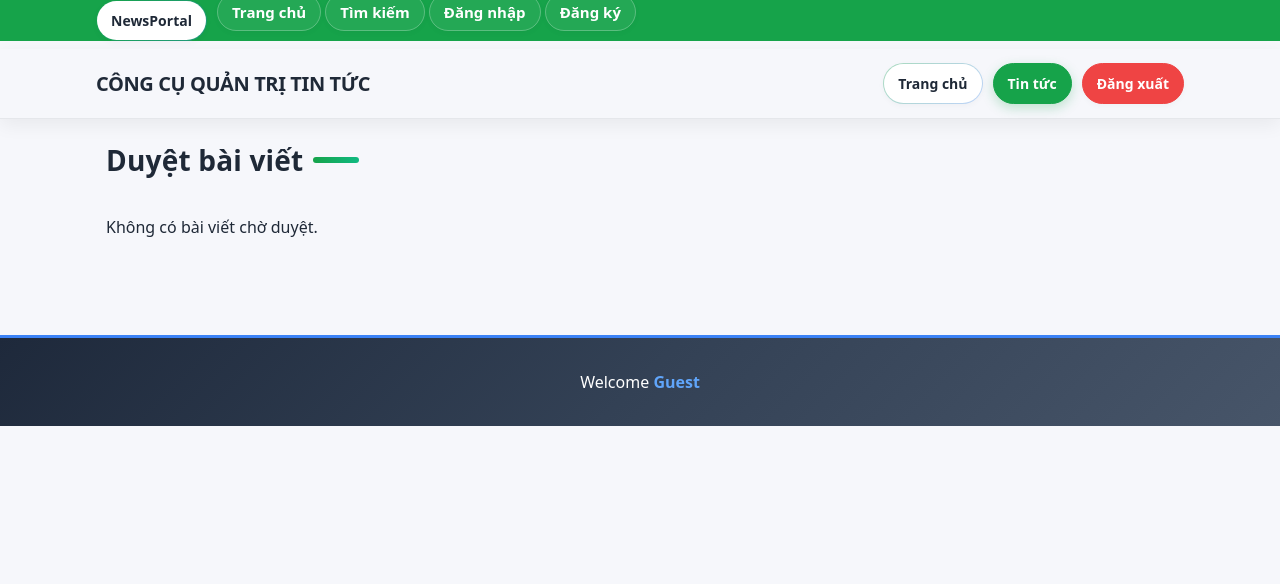
Repository: minhtvpy00202-git/Assignment_PY00202_MinhTV
Page: http://localhost/NewsPortal_PY00202/WEB-INF/views/admin/news-approve.jsp
An editor plug-in stored every save of this project. The page is shown before and after a run of saves, followed by the edit.
The browser window is 1280 px wide. The pictures show the whole page.
The page is served by Tomcat 10. Nobody is signed in. Other server files are loaded and not shown. The template is opened directly, without the code that normally fills it, so the values that code supplies are empty.

Above is the page before, as saved 2025-10-09 17:43:27.

### Assignment_NewsPortal/NewsPortal_PY00202/src/main/webapp/WEB-INF/views/admin/news-approve.jsp
<%@ page contentType="text/html; charset=UTF-8" pageEncoding="UTF-8"%>
<%@ include file="../layout/header.jsp" %>
<%@ include file="../layout/admin-header.jsp" %>
<%@ taglib uri="jakarta.tags.functions" prefix="fn" %>
<link rel="stylesheet" href="${pageContext.request.contextPath}/assets/css/admin-users.css">


<main class="container admin-main">
<h2>Duyệt bài viết</h2>

<c:if test="${empty pendingList}">
    <p>Không có bài viết chờ duyệt.</p>
</c:if>

<c:forEach var="n" items="${pendingList}">
    <div class="card article">
        <h3>${n.title}</h3>
        <small>Đăng bởi: ${n.author} - ${n.postedDate}</small>
        <p>${fn:substring(n.content,0,150)}...</p>

        <form method="post" action="${pageContext.request.contextPath}/admin/news-approve" class="actions">
            <input type="hidden" name="id" value="${n.id}">
            <button class="btn" name="action" value="approve">Duyệt</button>
            <button class="btn ghost" name="action" value="home-on">Trang chủ</button>
            <button class="btn danger" name="action" value="reject" onclick="return confirm('Xoá bài này?')">Xoá</button>
        </form>
    </div>
</c:forEach>
</main>
<%@ include file="../layout/footer.jsp" %>

### Assignment_NewsPortal/NewsPortal_PY00202/src/main/webapp/WEB-INF/views/layout/header.jsp
<%@ page contentType="text/html; charset=UTF-8" pageEncoding="UTF-8"%>
<%@ taglib prefix="c" uri="jakarta.tags.core"%>
<!DOCTYPE html>
<html lang="vi">
<head>
<meta charset="UTF-8">
<title><c:out
		value="${pageTitle != null ? pageTitle : 'NewsPortal'}" /></title>
<link rel="stylesheet"
	href="${pageContext.request.contextPath}/assets/css/style.css">
<link rel="stylesheet" href="${pageContext.request.contextPath}/assets/css/admin-users.css">

</head>
<body>
	<header>
		<div class="container nav">
			<a class="brand" href="${pageContext.request.contextPath}/home">
				<span class="dot"></span> <span>NewsPortal</span>
			</a>
			<nav class="menu">
				<a href="${pageContext.request.contextPath}/home">Trang chủ</a>
				<c:forEach var="cata" items="${categories}">
					<a href="${pageContext.request.contextPath}/category?id=${cata.id}">
						${cata.name} </a>
				</c:forEach>
				<a href="${pageContext.request.contextPath}/search">Tìm kiếm</a>
				<c:choose>
					<c:when test="${not empty sessionScope.user}">
						<c:if test="${sessionScope.user.role}">
							<a href="${pageContext.request.contextPath}/admin/dashboard">Quản
								trị</a>
						</c:if>
						<c:if test="${!sessionScope.user.role}">
							<a href="${pageContext.request.contextPath}/reporter/dashboard">Bảng
								điều khiển</a>
						</c:if>
						<a href="${pageContext.request.contextPath}/auth/logout">Đăng xuất</a>
					</c:when>
					<c:otherwise>
						<a href="${pageContext.request.contextPath}/auth/login">Đăng nhập</a>
						<a href="${pageContext.request.contextPath}/auth/register">Đăng ký</a>
					</c:otherwise>
				</c:choose>
			</nav>
		</div>
	</header>

### Assignment_NewsPortal/NewsPortal_PY00202/src/main/webapp/WEB-INF/views/layout/admin-header.jsp
<%@ page contentType="text/html; charset=UTF-8" pageEncoding="UTF-8"%>
<%@ taglib prefix="c" uri="jakarta.tags.core" %>
<%@ taglib prefix="fn" uri="jakarta.tags.functions" %>
<c:set var="ctx" value="${pageContext.request.contextPath}"/>
<c:set var="uri" value="${pageContext.request.requestURI}"/>

<header class="admin-header">
  <div class="container">
    <h1 class="logo">
      <a href="${ctx}/admin/dashboard" style="text-decoration:none;color:inherit;">
        CÔNG CỤ QUẢN TRỊ TIN TỨC
      </a>
    </h1>

    <nav class="nav">
      <a href="${ctx}/admin/dashboard"
         class="${fn:contains(uri, '/admin/dashboard') ? 'active' : ''}"
         aria-current="${fn:contains(uri, '/admin/dashboard') ? 'page' : ''}">
        Trang chủ
      </a>

      <!-- Tin tức: luôn có -->
      <a href="${ctx}/admin/news"
         class="${fn:contains(uri, '/admin/news') ? 'active' : ''}"
         aria-current="${fn:contains(uri, '/admin/news') ? 'page' : ''}">
        Tin tức
      </a>

      <!-- CHỈ ADMIN (role = true/1) -->
      <c:if test="${sessionScope.authUser != null && sessionScope.authUser.role}">
        <a href="${ctx}/admin/categories"
           class="${fn:contains(uri, '/admin/categories') ? 'active' : ''}"
           aria-current="${fn:contains(uri, '/admin/categories') ? 'page' : ''}">
          Loại tin
        </a>
        <a href="${ctx}/admin/users"
           class="${fn:contains(uri, '/admin/users') ? 'active' : ''}"
           aria-current="${fn:contains(uri, '/admin/users') ? 'page' : ''}">
          Người dùng
        </a>
        <a href="${ctx}/admin/newsletter"
           class="${fn:contains(uri, '/admin/newsletter') ? 'active' : ''}"
           aria-current="${fn:contains(uri, '/admin/newsletter') ? 'page' : ''}">
          Newsletter
        </a>
      </c:if>

      <a href="${ctx}/auth/logout" class="logout">Đăng xuất</a>
    </nav>
  </div>
</header>

### Assignment_NewsPortal/NewsPortal_PY00202/src/main/webapp/WEB-INF/views/layout/footer.jsp
<%@ page contentType="text/html; charset=UTF-8" pageEncoding="UTF-8"%>
<footer class="admin-footer">
  <div class="container">
    Welcome
    <strong>
      <c:out value="${sessionScope.authUser != null ? sessionScope.authUser.fullname : 'Guest'}"/>
    </strong>
  </div>
</footer>

### Assignment_NewsPortal/NewsPortal_PY00202/src/main/webapp/assets/css/admin-users.css
@charset "UTF-8";

/* ====== Admin Users — Clean CSS ====== */
/* Màu chủ đạo xanh lá*/
:root{
  --bg: #f7f9fb;
  --card: #ffffff;
  --text: #1f2937;
  --muted: #6b7280;
  --primary: #16a34a;
  --primary-600:#15803d;
  --accent: #10b981;
  --danger: #ef4444;
  --danger-600:#dc2626;
  --ring: rgba(16,185,129,.25);
  --border: #e5e7eb;
  --shadow: 0 8px 24px rgba(0,0,0,.06);
}

@media (prefers-color-scheme: dark){
  :root{
    --bg: #0b1220;
    --card: #0f172a;
    --text: #e5e7eb;
    --muted: #94a3b8;
    --primary: #22c55e;
    --primary-600:#16a34a;
    --accent: #34d399;
    --danger: #f87171;
    --danger-600:#ef4444;
    --ring: rgba(52,211,153,.25);
    --border: #1f2a44;
    --shadow: 0 10px 24px rgba(0,0,0,.35);
  }
}

/* Tổng thể */
html,body{
  background: var(--bg);
  color: var(--text);
  font-family: system-ui, -apple-system, Segoe UI, Roboto, Helvetica, Arial, "Apple Color Emoji", "Segoe UI Emoji", "Segoe UI Symbol";
  line-height: 1.5;
}

/* Tiêu đề */
h2{
  font-size: clamp(20px, 2.4vw, 28px);
  font-weight: 800;
  letter-spacing: -0.02em;
  margin: 16px 0 20px;
  display: inline-flex;
  align-items: center;
  gap: 10px;
}
h2::after{
  content:"";
  display:inline-block;
  width: 46px;
  height: 6px;
  border-radius: 999px;
  background: linear-gradient(90deg, var(--primary), var(--accent));
}

/* Hàng người dùng */
.user-row.card{
  display: grid;
  grid-template-columns: 1fr auto;
  align-items: center;
  gap: 16px;
  padding: 16px 18px;
  border: 1px solid var(--border);
  border-radius: 16px;
  background: var(--card);
  box-shadow: var(--shadow);
  transition: transform .18s ease, box-shadow .18s ease, border-color .18s ease;
  will-change: transform;
  margin-bottom: 12px;
}
.user-row.card:hover{
  transform: translateY(-2px);
  box-shadow: 0 14px 36px rgba(0,0,0,.10);
  border-color: rgba(16,185,129,.35);
}

/* Khối thông tin người dùng (bên trái) */
.user-row > div{
  display: flex;
  flex-wrap: wrap;
  align-items: center;
  gap: 8px 12px;
  min-width: 0;
}
.user-row strong{
  font-weight: 700;
}
.user-row strong + span,
.user-row strong + .badge,
.user-row strong + .badge + .badge{
  margin-left: 6px;
}
.user-row .muted{ color: var(--muted); }

.badge{
  display: inline-flex;
  align-items: center;
  gap: 6px;
  padding: 4px 10px;
  border-radius: 999px;
  font-size: 12px;
  font-weight: 700;
  letter-spacing: .2px;
  background: rgba(16,185,129,.08);
  color: var(--primary);
  border: 1px solid rgba(16,185,129,.20);
}
.badge.active{
  background: rgba(34,197,94,.10);
  color: #16a34a;
  border-color: rgba(34,197,94,.22);
}
.badge.inactive{
  background: rgba(148,163,184,.12);
  color: #64748b;
  border-color: rgba(148,163,184,.28);
}

.actions{
  display: flex;
  flex-wrap: wrap;
  align-items: center;
  gap: 8px;
  justify-content: flex-end;
  margin: 0;
}

/* Button base */
.btn{
  --btn-bg: var(--primary);
  --btn-bg-h: var(--primary-600);
  --btn-fg: #fff;
  --btn-bd: transparent;

  appearance: none;
  border: 1px solid var(--btn-bd);
  background: var(--btn-bg);
  color: var(--btn-fg);
  padding: 10px 14px;
  border-radius: 12px;
  font-weight: 700;
  font-size: 14px;
  letter-spacing: .2px;
  cursor: pointer;
  transition: transform .12s ease, filter .12s ease, background .12s ease, border-color .12s ease;
  outline: none;
}

/* Ghost (nền trong suốt, viền) */
.btn.ghost{
  --btn-bg: transparent;
  --btn-fg: var(--text);
  --btn-bd: var(--border);
  background: linear-gradient(var(--card), var(--card)) padding-box,
              linear-gradient(135deg, rgba(16,185,129,.45), rgba(59,130,246,.35)) border-box;
  border: 1px solid transparent;
}
.btn.ghost:hover{
  filter: brightness(1.02);
}

/* Danger */
.btn.danger{
  --btn-bg: var(--danger);
  --btn-bg-h: var(--danger-600);
}
.btn:hover{
  transform: translateY(-1px);
  filter: brightness(1.03);
  background: var(--btn-bg-h);
}
.btn:active{
  transform: translateY(0);
  filter: none;
}

.btn[disabled], .btn:disabled{
  opacity: .55;
  cursor: not-allowed;
  transform: none;
  filter: none;
}


.btn:focus-visible, .badge:focus-visible, .user-row.card:focus-within{
  box-shadow: 0 0 0 3px var(--ring);
}


.actions input[type="hidden"]{ display:none; }


.user-row.card:last-of-type{ margin-bottom: 24px; }

/* Responsive */
@media (max-width: 900px){
  .user-row.card{
    grid-template-columns: 1fr;
    gap: 12px;
  }
  .actions{
    justify-content: flex-start;
  }
}
@media (max-width: 520px){
  .btn{ padding: 9px 12px; font-size: 13px; }
  .badge{ font-size: 11px; padding: 3px 8px; }
  .user-row > div{ gap: 6px 10px; }
}


main, .container, .content{

  max-width: 1100px;
  margin-inline: auto;
  padding-inline: 16px;
}

/* Thanh điều hướng phụ trong admin */
.subnav {
  display: flex;
  flex-wrap: wrap;
  gap: 12px 20px;
  background: #f8fafc;
  border: 1px solid #e2e8f0;
  border-radius: 12px;
  padding: 12px 20px;
  margin: 20px 0 28px;
  box-shadow: 0 4px 10px rgba(0,0,0,0.03);
}

.subnav a {
  text-decoration: none;
  color: #334155;
  font-weight: 600;
  padding: 6px 10px;
  border-radius: 8px;
  transition: all .2s ease;
}

.subnav a:hover {
  color: #16a34a;
  background-color: rgba(22,163,74,0.08);
}


.subnav a.active {
  color: #fff;
  background-color: #16a34a;
}


@media (max-width: 600px) {
  .subnav {
    flex-direction: column;
    align-items: flex-start;
    gap: 8px;
    padding: 14px;
  }
  .subnav a {
    width: 100%;
    padding: 8px 12px;
  }
}

/* Màu & token cơ bản */
:root {
  --bg: #f6f7fb;
  --card: #ffffff;
  --text: #1f2937;
  --muted: #6b7280;
  --primary: #16a34a;      /* xanh lá dịu */
  --primary-600: #15803d;
  --danger: #ef4444;
  --danger-600: #dc2626;
  --border: #e5e7eb;
  --shadow: 0 6px 18px rgba(0,0,0,.06);
  --radius: 14px;
  --focus: 0 0 0 3px rgba(22,163,74,.25);
}

/* Nền tổng thể */
body { background: var(--bg); color: var(--text); }

/* Container chính */
main.container {
  max-width: 1100px;
  margin: 28px auto 60px;
  padding: 0 18px;
}

/* Tiêu đề trang */
main.container > h2 {
  font-size: 28px;
  font-weight: 800;
  letter-spacing: .2px;
  margin: 0 0 18px;
}

/* ===== Form CRUD ===== */
.form {
  background: var(--card);
  border: 1px solid var(--border);
  border-radius: var(--radius);
  box-shadow: var(--shadow);
  padding: 18px;
  display: grid;
  grid-template-columns: 1fr 1fr;
  gap: 14px 18px;
  margin-bottom: 22px;
}

.form label {
  font-size: 13px;
  color: var(--muted);
  display: block;
  margin-bottom: 6px;
}

.form input[type="text"],
.form input[type="email"],
.form input[type="password"],
.form input[type="file"],
.form select,
.form textarea {
  width: 100%;
  font-size: 15px;
  color: var(--text);
  background: #fcfcfd;
  border: 1px solid var(--border);
  border-radius: 10px;
  padding: 10px 12px;
  outline: none;
  transition: box-shadow .15s ease, border-color .15s ease, background .15s ease;
}

.form textarea { min-height: 160px; grid-column: 1 / -1; }

.form input:focus,
.form select:focus,
.form textarea:focus {
  border-color: var(--primary);
  box-shadow: var(--focus);
  background: #fff;
}

/* Hàng nút hành động của form */
.form button,
.form .btn {
  align-self: start;
}

.form .btn + .btn { margin-left: 8px; }

/* Gộp nút “Hủy” ở bên phải nếu có */
.form a.btn { text-decoration: none; }

/* Trải dài toàn bộ form cho 1 số trường */
.form [name="title"],
.form [name="thumbnail"] { grid-column: 1 / -1; }

/* ===== Buttons ===== */
.btn {
  display: inline-flex;
  align-items: center;
  gap: 8px;
  height: 38px;
  padding: 0 14px;
  border-radius: 10px;
  border: 1px solid transparent;
  background: var(--primary);
  color: #fff;
  font-weight: 600;
  cursor: pointer;
  transition: transform .04s ease, background .15s ease, box-shadow .15s ease;
}

.btn:hover { background: var(--primary-600); }
.btn:active { transform: translateY(1px); }
.btn.ghost {
  background: transparent;
  color: var(--primary);
  border-color: var(--primary);
}
.btn.ghost:hover { background: rgba(22,163,74,.08); }

.btn.danger {
  background: var(--danger);
}
.btn.danger:hover { background: var(--danger-600); }

/* ===== Table list ===== */
.table {
  width: 100%;
  border-collapse: collapse;
  background: var(--card);
  border: 1px solid var(--border);
  border-radius: var(--radius);
  box-shadow: var(--shadow);
  overflow: hidden; /* bo tròn header */
}

.table thead th {
  text-align: left;
  font-size: 13px;
  color: var(--muted);
  font-weight: 700;
  letter-spacing: .2px;
  background: #fafafa;
  border-bottom: 1px solid var(--border);
  padding: 12px 14px;
}

.table tbody td {
  padding: 14px;
  border-top: 1px solid var(--border);
  vertical-align: top;
}

.table tbody tr:hover { background: #fcfcff; }

/* Cột hành động */
.table td.actions {
  white-space: nowrap;
}

.table td.actions a {
  margin-right: 8px;
  text-decoration: none;
  color: var(--primary-600);
  font-weight: 600;
}

.table td.actions form { display: inline-block; }
.table td.actions button {
  height: 32px;
  padding: 0 12px;
  font-size: 13px;
  border-radius: 8px;
}

/* ===== Small helpers ===== */
.alert {
  padding: 10px 12px;
  border-radius: 10px;
  border: 1px solid var(--border);
  background: #fffbe6;
  color: #7c6a00;
  margin-bottom: 16px;
}

/* ===== Responsive ===== */
@media (max-width: 820px) {
  .form { grid-template-columns: 1fr; }
  .table thead { display: none; }
  .table, .table tbody, .table tr, .table td { display: block; width: 100%; }
  .table tr { border-bottom: 1px solid var(--border); }
  .table td { border: none; padding: 10px 14px; }
  .table td.actions { padding-bottom: 16px; }
}

Loaded but not shown: Assignment_NewsPortal/NewsPortal_PY00202/src/main/webapp/assets/css/style.css (1671 lines, source omitted)

After the next 2 saves:
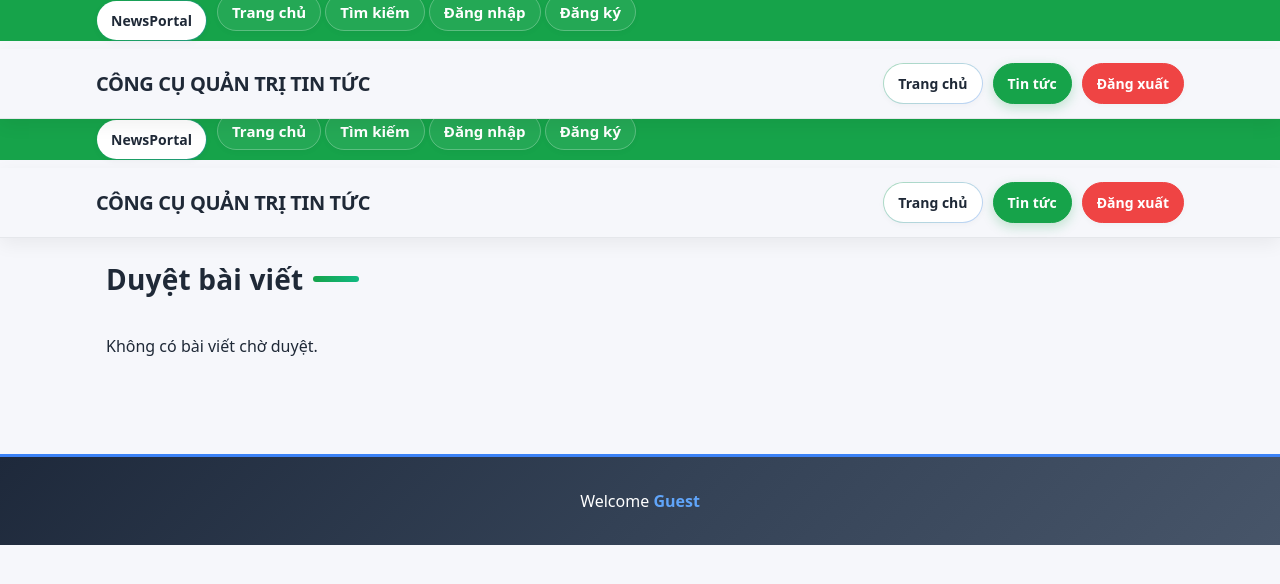
The 2 saves are shown as one change because they came seconds apart.
The last was saved 13 s later.
--- a/Assignment_NewsPortal/NewsPortal_PY00202/src/main/webapp/WEB-INF/views/admin/news-approve.jsp
+++ b/Assignment_NewsPortal/NewsPortal_PY00202/src/main/webapp/WEB-INF/views/admin/news-approve.jsp
@@ -2,6 +2,9 @@
 <%@ include file="../layout/header.jsp" %>
 <%@ include file="../layout/admin-header.jsp" %>
 <%@ taglib uri="jakarta.tags.functions" prefix="fn" %>
+
+<%@ include file="../layout/header.jsp" %>
+<%@ include file="../layout/admin-header.jsp" %>
 <link rel="stylesheet" href="${pageContext.request.contextPath}/assets/css/admin-users.css">
 
 
